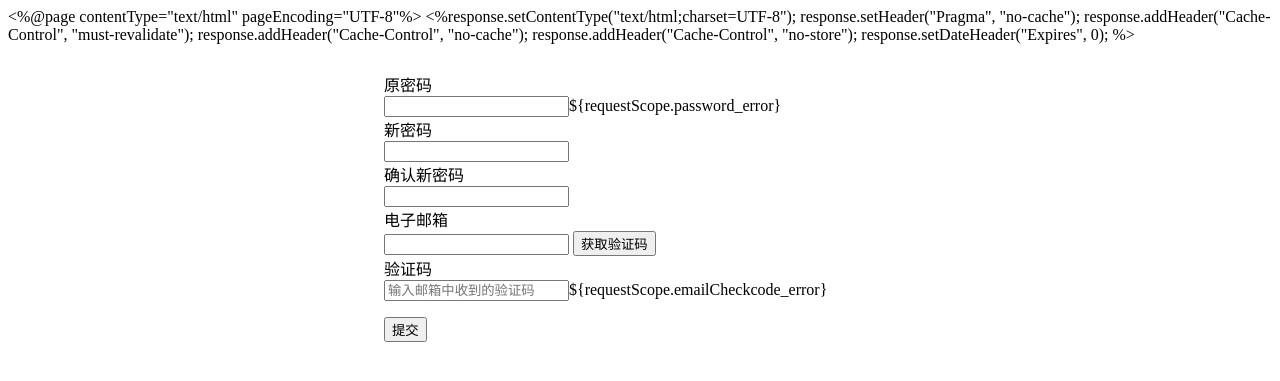
Repository: IAmJiangWenHao/ReportServer
Page: web/demo.html
These files come from the project's save history. The page is drawn as it stood at one moment and after the next save; the edit follows.
The browser window is 1280 px wide. The pictures show the whole page.

Above is the page before, as saved 2023-05-18 21:33:11.

After the next save:
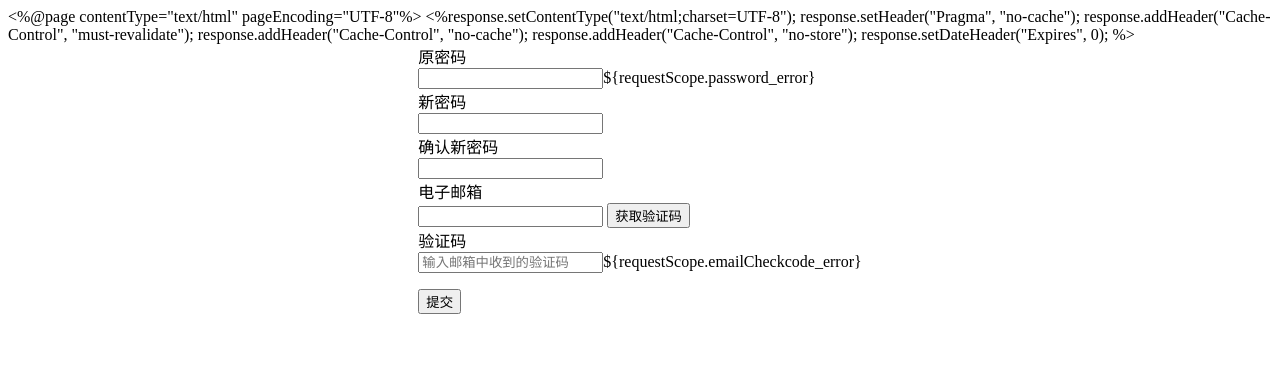
Saved 31 s later.
--- a/web/demo.html
+++ b/web/demo.html
@@ -14,7 +14,9 @@
   </head>
 
   <body>
-    <div style="width: 500px;height:300px;position: absolute;top: 10%;left: 30%;">
+    <div  style="      display: flex;
+    justify-content: center;
+    align-items: center;">
       <form action="SetPasswordEmail.do" method="post" name="form1" onSubmit="return Check()">
         <div>原密码</div> <div id="old"><input type="password" name="oldpass" >${requestScope.password_error}</div>
         <div>新密码</div> <div id="new"><input type="password" name="newpass" ><div id="info_newpass" style="color: #ff0000;display:inline;"></div></div>
